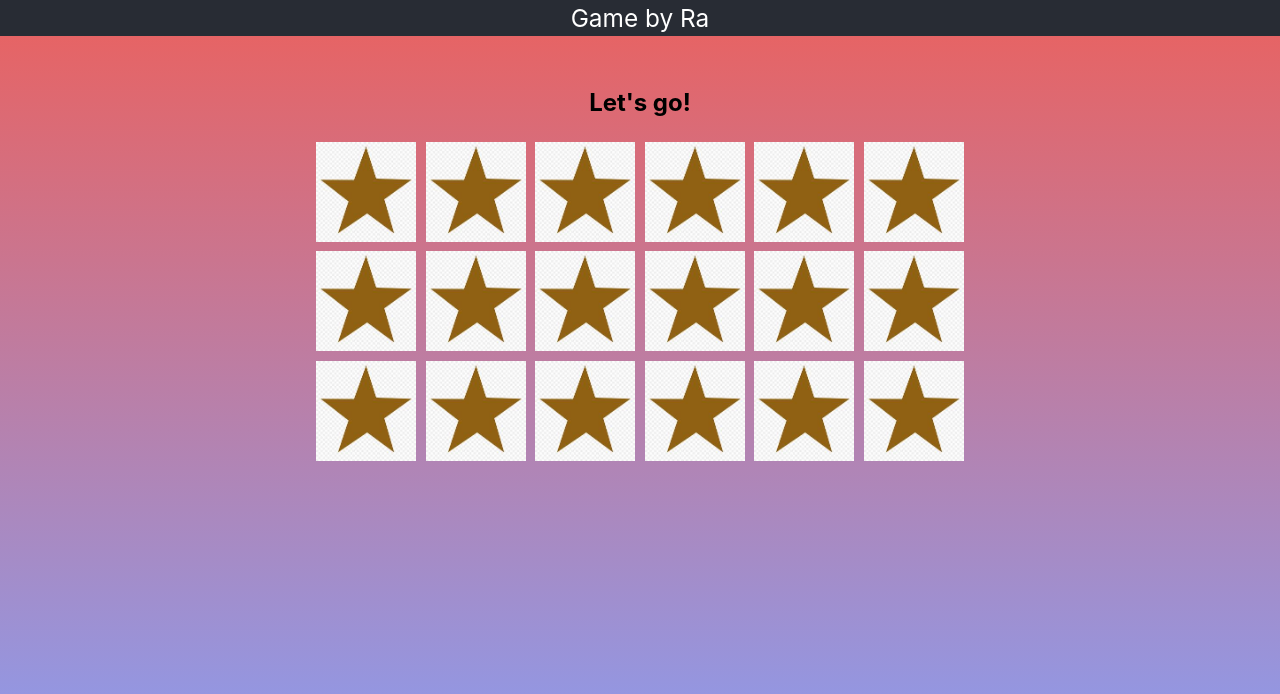
Repository: Sergioramasano/ramos-game
Page: /
The author's editor kept a copy of each file at every save. The page is drawn from the files as they stood at one save, then again after the next save.
The browser window is 1280 px wide. The pictures show the whole page.
The project was rebuilt for these pictures with package versions that can differ from the ones it lists, and the page was loaded fresh each time.

Above is the page before, as saved 2021-02-11 18:51:19.

After the next save:
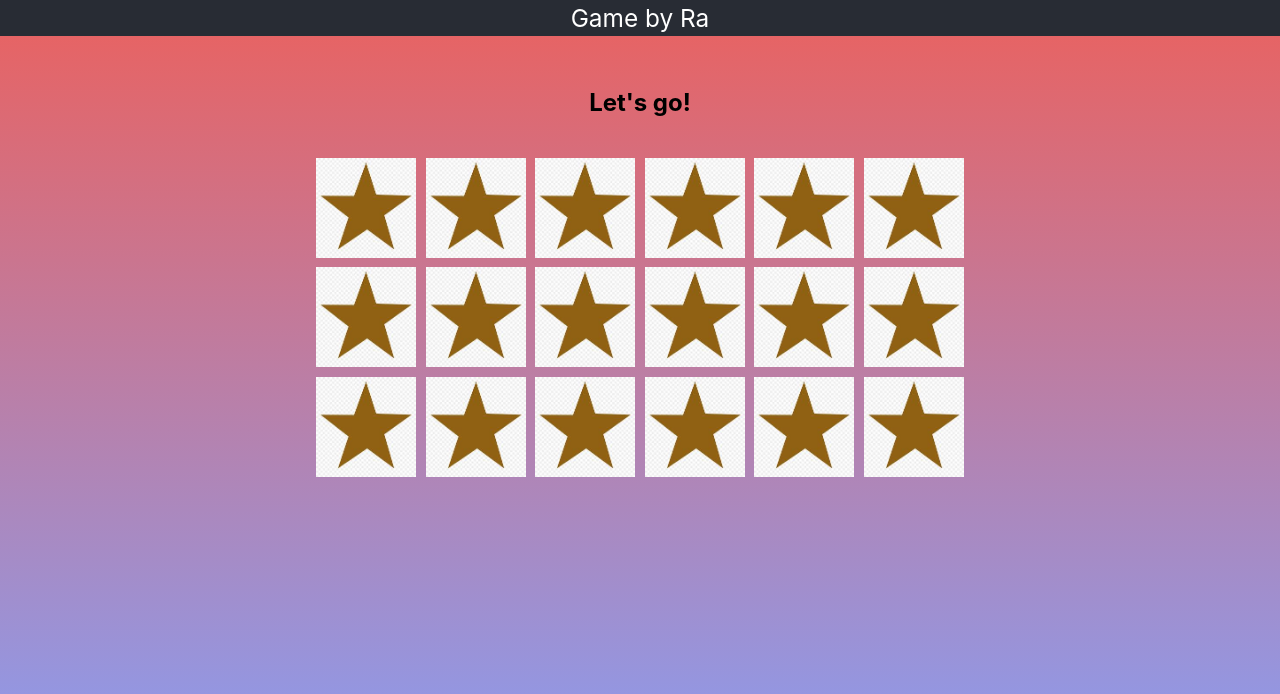
Saved 13 s later.
--- a/src/components/Cards.js
+++ b/src/components/Cards.js
@@ -6,7 +6,7 @@
         key={Math.random()}
         onClick={() => urls.setImg(url.idx)}
       >
-        {url.visible}
+        <p>{url.visible}</p>
         {url.visible !== false ? (
           <img src={url.name} alt="avatar"></img>
         ) : (
